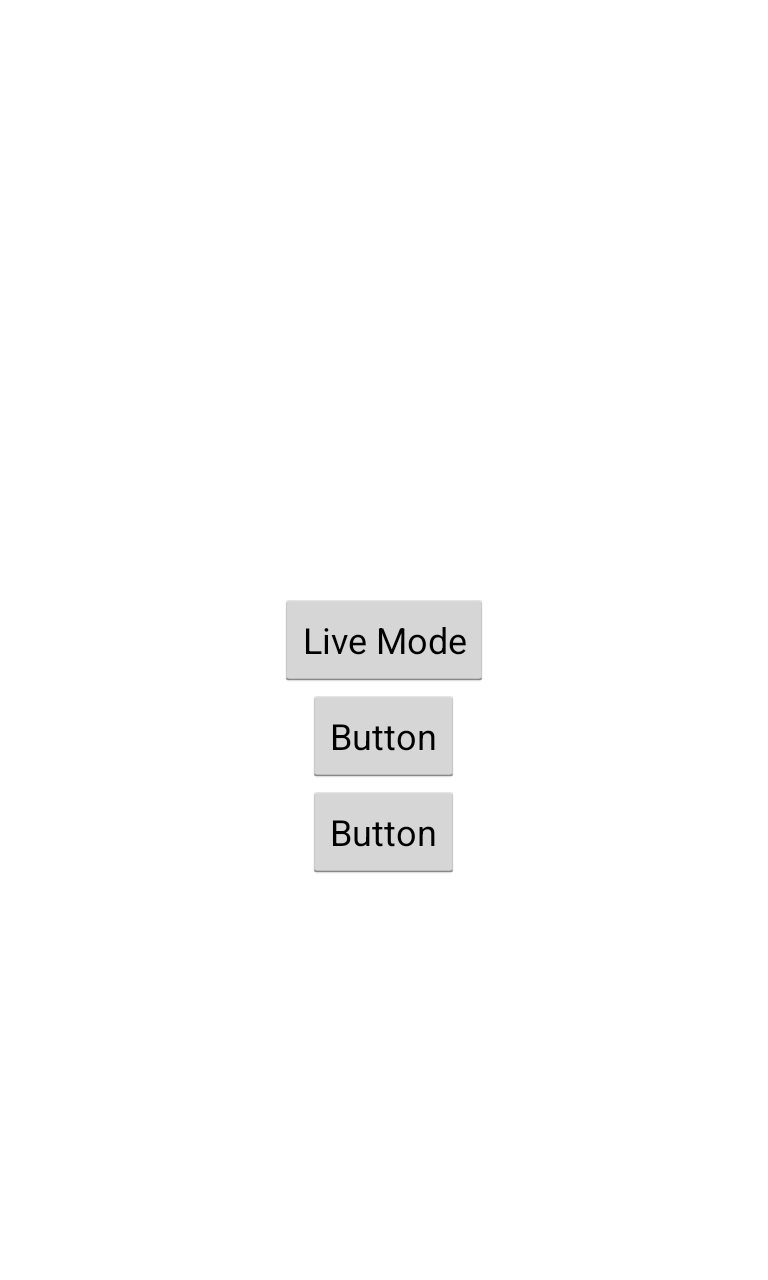
Repository: renatovieira/tcc2013
Layout: TCC/res/layout/activity_filter.xml
An editor plug-in stored every save of this project. The layout is shown before and after the next save, followed by the edit.
It is drawn on a 768 x 1280 px phone screen (xhdpi) without system bars, with theme AppTheme; the app's code is not run.

Above is the layout before, as saved 2013-07-21 19:48:04.

### TCC/res/layout/activity_filter.xml
<RelativeLayout xmlns:android="http://schemas.android.com/apk/res/android"
    xmlns:tools="http://schemas.android.com/tools"
    android:layout_width="match_parent"
    android:layout_height="match_parent"
    android:paddingBottom="@dimen/activity_vertical_margin"
    android:paddingLeft="@dimen/activity_horizontal_margin"
    android:paddingRight="@dimen/activity_horizontal_margin"
    android:paddingTop="@dimen/activity_vertical_margin"
    tools:context=".FilterActivity" >

    <Button
        android:id="@+id/liveModeButton"
        android:layout_width="wrap_content"
        android:layout_height="wrap_content"
        android:layout_centerHorizontal="true"
        android:layout_centerVertical="true"
        android:text="@string/live_mode" />

    <Button
        android:id="@+id/galleryModeButton"
        android:layout_width="wrap_content"
        android:layout_height="wrap_content"
        android:layout_alignRight="@+id/button1"
        android:layout_below="@+id/button1"
        android:text="Button" />

    <Button
        android:id="@+id/button1"
        android:layout_width="wrap_content"
        android:layout_height="wrap_content"
        android:layout_below="@+id/liveModeButton"
        android:layout_centerHorizontal="true"
        android:text="Button" />

</RelativeLayout>

### TCC/res/values/strings.xml
<?xml version="1.0" encoding="utf-8"?>
<resources>

    <string name="app_name">TCC</string>
    <string name="action_settings">Settings</string>

	<!--     FilterActivity -->
    <string name="live_mode">Live Mode</string>
    <string name="from_gallery">From Gallery</string>
    <string name="from_camera">From Camera</string>

</resources>

Loaded but not shown: TCC/res/values/styles.xml (common file); TCC/res/values-v11/styles.xml (common file); TCC/res/values-v14/styles.xml (common file); TCC/res/values/dimens.xml (common file)

After the next save:
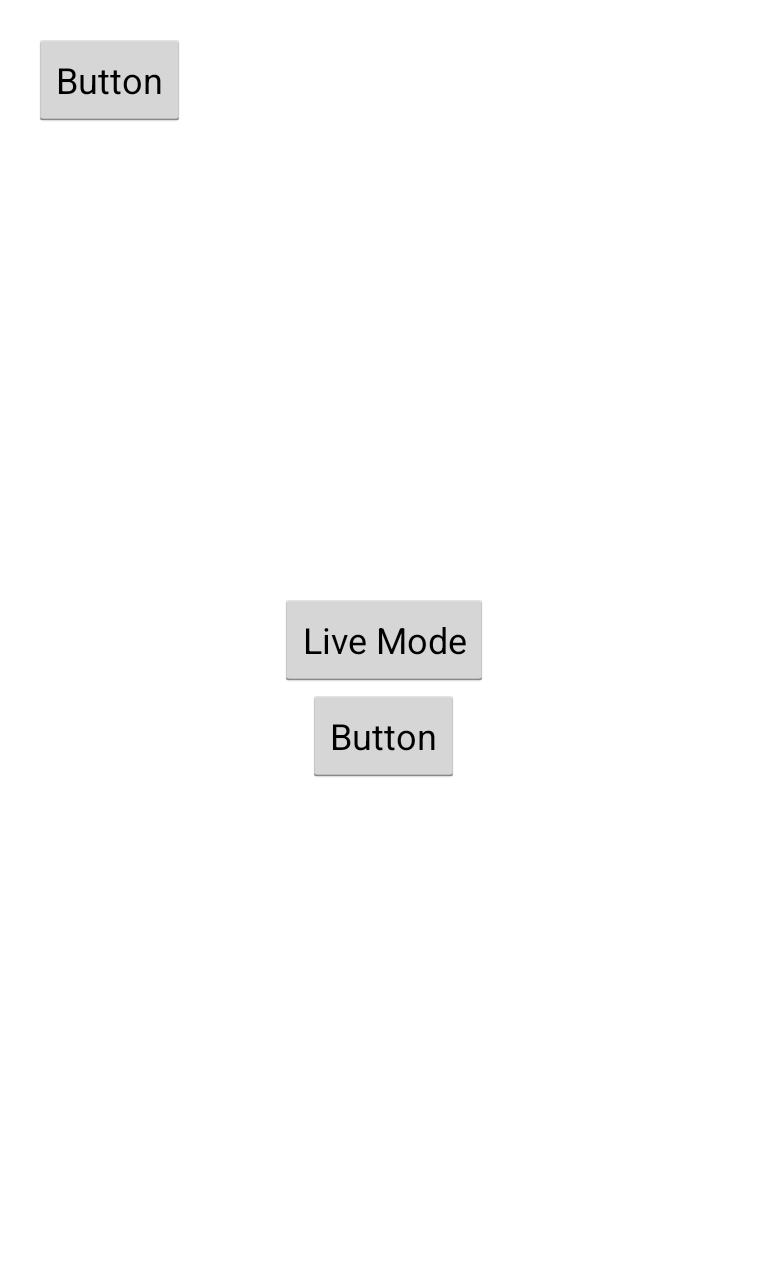
Saved 7 s later.
--- a/TCC/res/layout/activity_filter.xml
+++ b/TCC/res/layout/activity_filter.xml
@@ -25,7 +25,7 @@
         android:text="Button" />
 
     <Button
-        android:id="@+id/button1"
+        android:id="@+id/cameraModeButton"
         android:layout_width="wrap_content"
         android:layout_height="wrap_content"
         android:layout_below="@+id/liveModeButton"

After the 2 saves that followed:
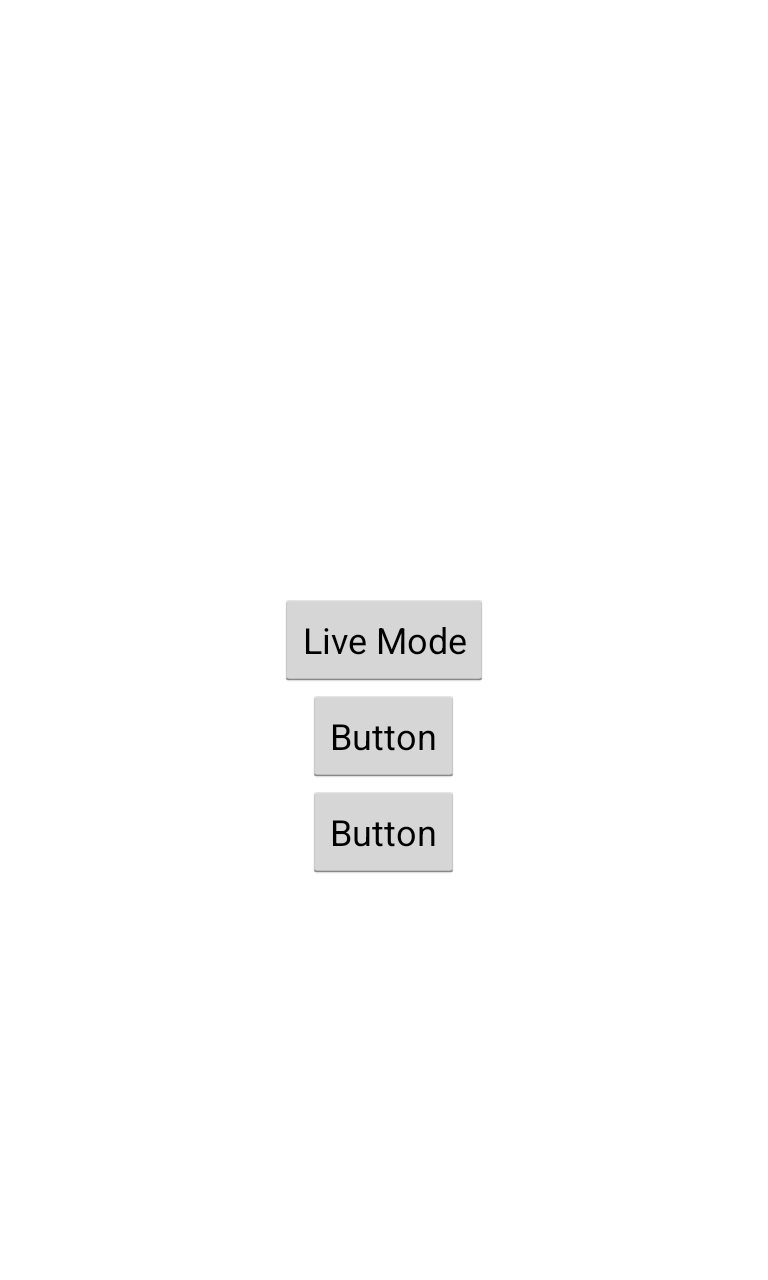
The 2 saves are shown as one change because 1 left the picture as it was.
The last was saved 36 s later.
--- a/TCC/res/layout/activity_filter.xml
+++ b/TCC/res/layout/activity_filter.xml
@@ -17,11 +17,11 @@
         android:text="@string/live_mode" />
 
     <Button
-        android:id="@+id/galleryModeButton"
+        android:id="@+id/button2"
         android:layout_width="wrap_content"
         android:layout_height="wrap_content"
-        android:layout_alignRight="@+id/button1"
-        android:layout_below="@+id/button1"
+        android:layout_alignRight="@+id/cameraModeButton"
+        android:layout_below="@+id/cameraModeButton"
         android:text="Button" />
 
     <Button
